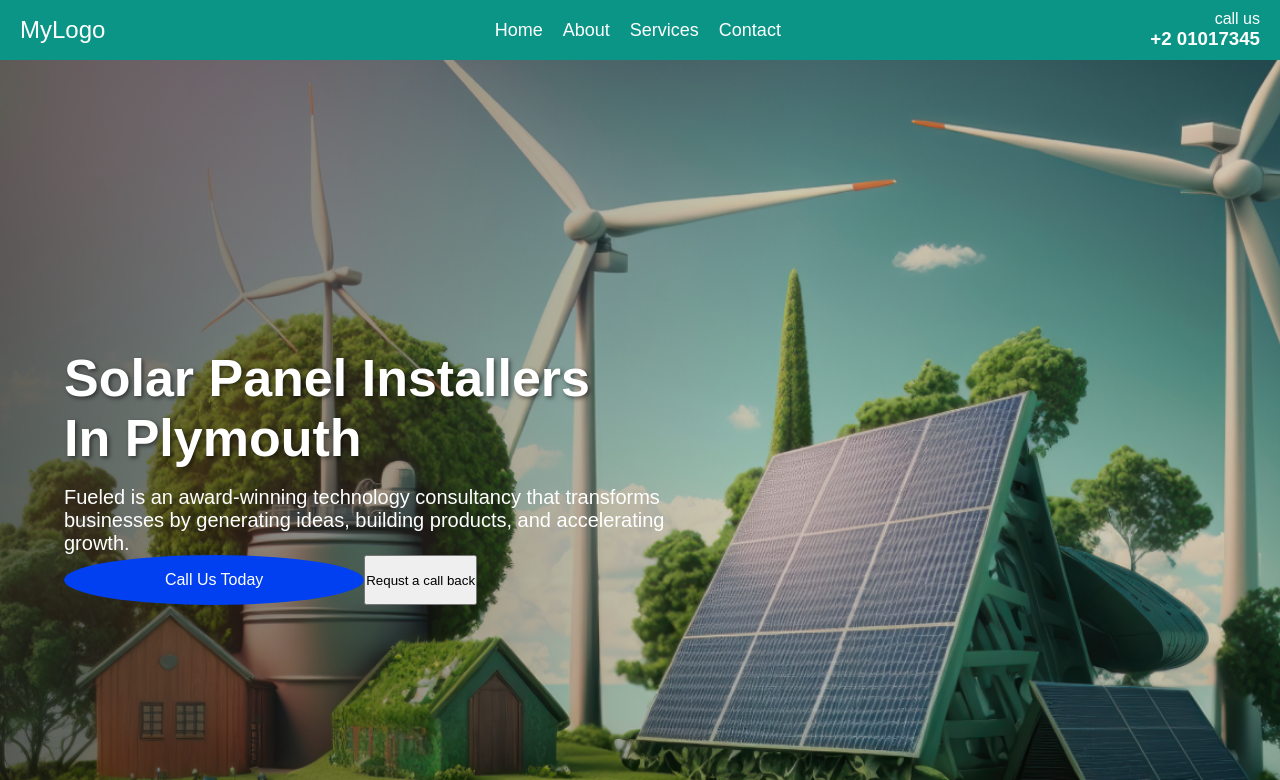
Repository: MaramNabil872/Landing-Page
Page: landingPage.html
An editor plug-in stored every save of this project. The page is shown before and after the next save, followed by the edit.
The browser window is 1280 px wide. The pictures show the whole page.
The pointer rests on the first visible `.button-wallpaper1`.

Above is the page before, as saved 2024-10-20 20:39:50.

After the next save:
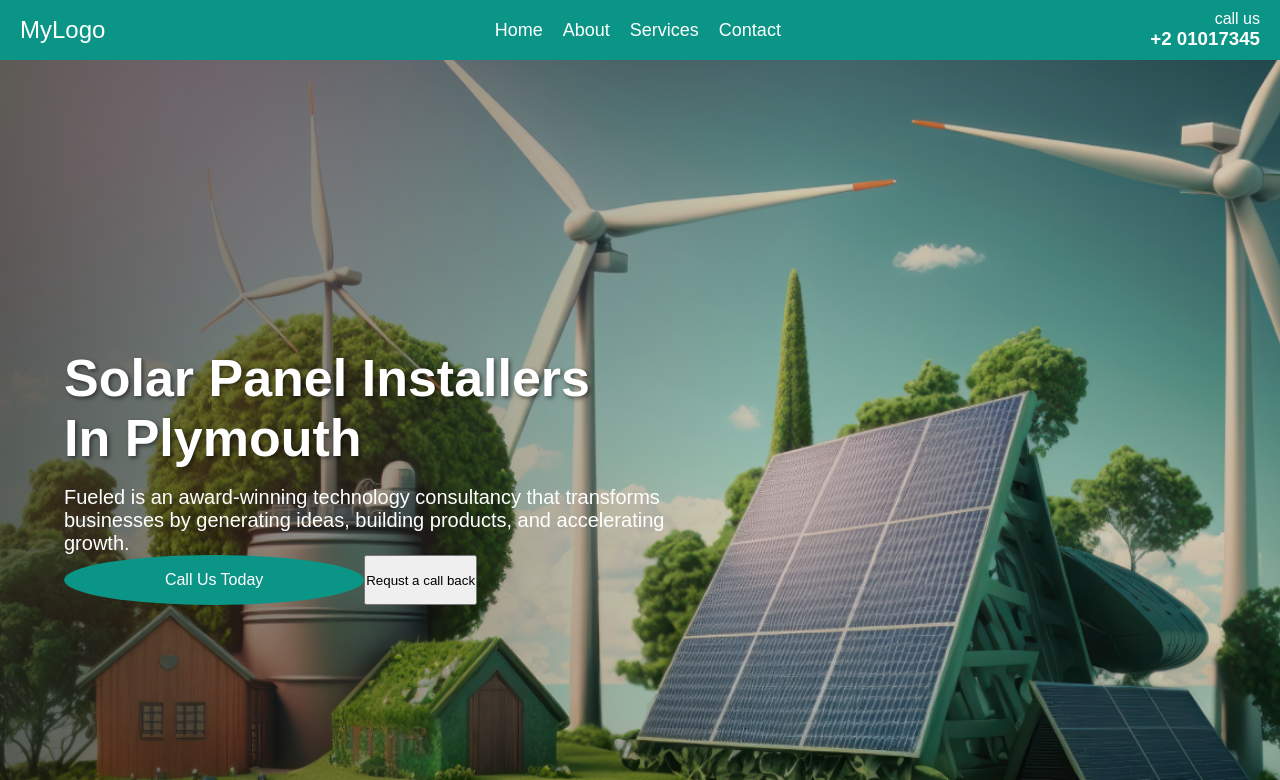
Saved 11 s later.
--- a/landingPage.css
+++ b/landingPage.css
@@ -97,9 +97,7 @@ body {
     transition: background-color 0.3s; /* Smooth background color change */
 }
 
-.button-wallpaper1:hover {
-    background-color: #0040f0; /* Change background color on hover */
-}
+
 /* Media Queries for Responsiveness */
 @media (max-width: 768px) {
     .navbar {
